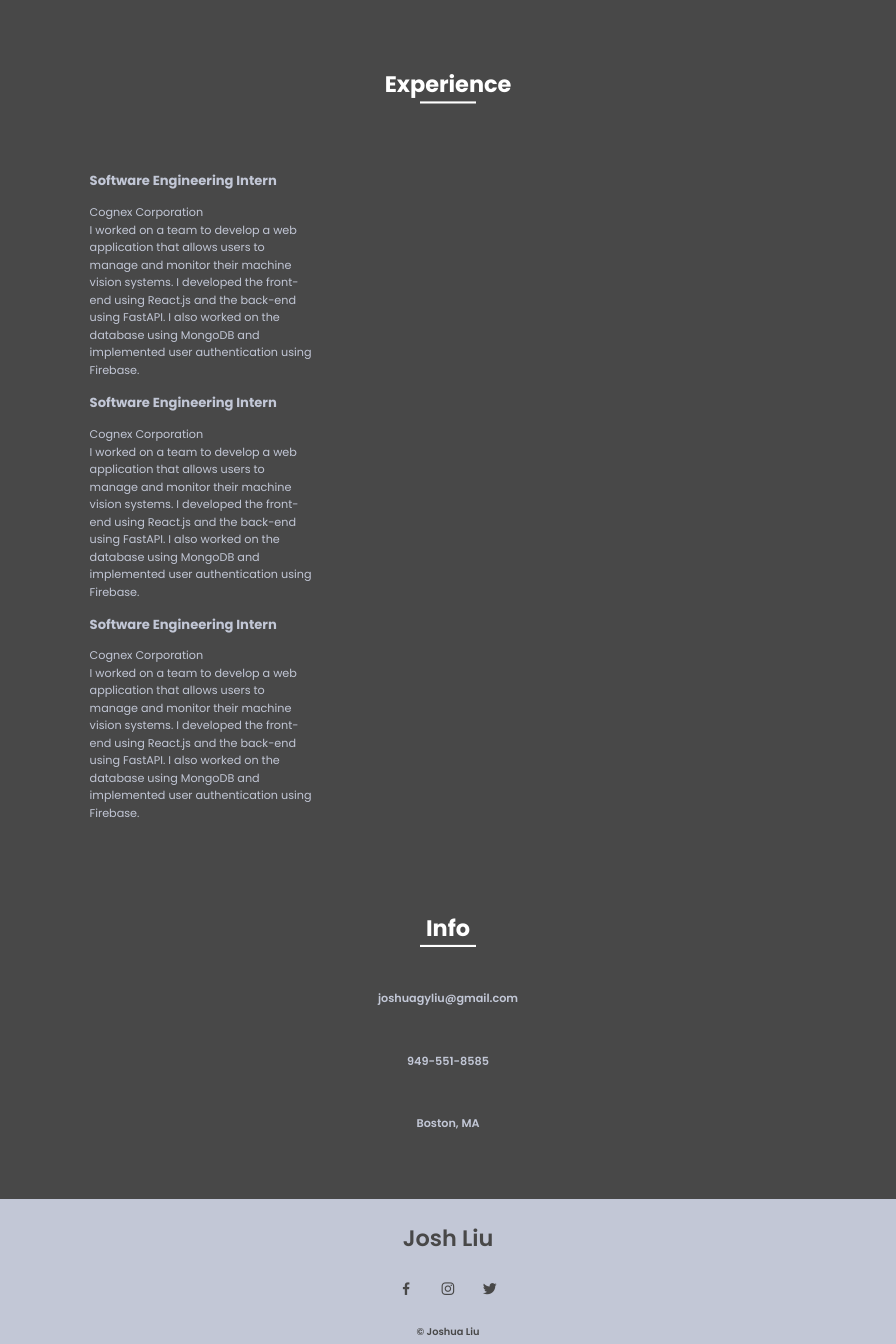
Repository: joshliu14/joshliu14.github.io
Page: index.html
The author's editor kept a copy of each file at every save. The page is drawn from the files as they stood at one save, then again after the next save.
The browser window is 1280 px wide. The pictures show the part of the page from y = 2147 to 4067 px (the page is 4092 px tall before and 3459 px after), at 70% of full size.

Above is the page before, as saved 2024-02-01 00:37:24.

### index.html
<!DOCTYPE html>
<html lang="en">
  <head>
    <meta charset="UTF-8" />
    <meta name="viewport" content="width=device-width, initial-scale=1.0" />

    <link rel="stylesheet" href="assets/css/web.css" />

    <!-- =====BOX ICONS===== -->
    <link
      href="https://unpkg.com/boxicons@2.1.4/css/boxicons.min.css"
      rel="stylesheet"
    />

    <title>Joshua Liu</title>
  </head>
  <body>
    <!--===== HEADER =====-->
    <header class="l-header">
      <nav class="nav bd-grid">
        <div>
          <a href="#" class="nav__logo">Joshua Liu</a>
        </div>

        <div class="nav__menu" id="nav-menu">
          <ul class="nav__list">
            <li class="nav__item">
              <a href="#home" class="nav__link active-link">Home</a>
            </li>
            <li class="nav__item">
              <a href="#about" class="nav__link">About</a>
            </li>
            <li class="nav__item">
              <a href="#skills" class="nav__link">Skills</a>
            </li>
            <li class="nav__item">
              <a href="#work" class="nav__link">Experience</a>
            </li>
            <li class="nav__item">
              <a href="#contact" class="nav__link">Info</a>
            </li>
          </ul>
        </div>

        <div class="nav__toggle" id="nav-toggle">
          <i class="bx bx-menu"></i>
        </div>
      </nav>
    </header>

    <main class="l-main">
      <!--===== HOME =====-->
      <section class="home bd-grid" id="home">
        <div class="home__data">
          <h1 class="home__title">
            Hi,<br />I'm <span class="home__title-color">Josh</span><br />
          </h1>

          <a href="resume.pdf" class="button">Resume</a>
        </div>

        <div class="home__social">
          <a
            href="https://www.linkedin.com/in/joshua-liu-727847208/"
            class="home__social-icon"
            ><i class="bx bxl-linkedin"></i
          ></a>
          <a href="" class="home__social-icon"
            ><i class="bx bxl-behance"></i
          ></a>
          <a href="https://github.com/joshliu14" class="home__social-icon"
            ><i class="bx bxl-github"></i
          ></a>
        </div>

        <div class="home__img">
          <svg
            class="home__blob"
            viewBox="0 0 479 467"
            xmlns="http://www.w3.org/2000/svg"
            xmlns:xlink="http://www.w3.org/1999/xlink"
          >
            <mask id="mask0" mask-type="alpha">
              <path
                d="M9.19024 145.964C34.0253 76.5814 114.865 54.7299 184.111 29.4823C245.804 6.98884 311.86 -14.9503 370.735 14.143C431.207 44.026 467.948 107.508 477.191 174.311C485.897 237.229 454.931 294.377 416.506 344.954C373.74 401.245 326.068 462.801 255.442 466.189C179.416 469.835 111.552 422.137 65.1576 361.805C17.4835 299.81 -17.1617 219.583 9.19024 145.964Z"
              />
            </mask>
            <g mask="url(#mask0)">
              <path
                d="M9.19024 145.964C34.0253 76.5814 114.865 54.7299 184.111 29.4823C245.804 6.98884 311.86 -14.9503 370.735 14.143C431.207 44.026 467.948 107.508 477.191 174.311C485.897 237.229 454.931 294.377 416.506 344.954C373.74 401.245 326.068 462.801 255.442 466.189C179.416 469.835 111.552 422.137 65.1576 361.805C17.4835 299.81 -17.1617 219.583 9.19024 145.964Z"
              />
              <image
                class="home__blob-img"
                x="30"
                y="65"
                href="assets/img/profile.png"
              />
            </g>
          </svg>
        </div>
      </section>

      <!--===== ABOUT =====-->
      <section class="about section" id="about">
        <h2 class="section-title">About</h2>

        <div class="about__container bd-grid">
          <div class="about__img">
            <img src="assets/img/about.png" alt="" />
          </div>

          <div>
            <h2 class="about__subtitle">I'm Josh</h2>
            <p class="about__text">
              I am currently a sophomore at Brandeis University pursuing a
              degree in Computer Science and Applied Mathematics. I am eager to
              contribute my programming skills to real-world scenarios, and I am
              actively seeking software engineering internship opportunities. My
              goal is to enhance my knowledge, apply theoretical concepts in
              practical settings, and contribute meaningfully to innovative
              projects.
            </p>
          </div>
        </div>
      </section>

      <!--===== SKILLS =====-->
      <section class="skills section" id="skills">
        <h2 class="section-title">Skills</h2>

        <div class="skills__container bd-grid">
          <div>
            <h2 class="skills__subtitle">Programming/Framework/Software Skills</h2>
            <p class="skills__text">
                I have experience with the following programming languages and
                frameworks. I am also familiar with software such as Git and
                Firebase. I am always eager to learn new technologies, languages,
                and frameworks to expand my skillset.
            </p>
            <div class="skills__data">
              <div class="skills__names">
                <i class="bx bxl-java skills__icon"></i>
                <span class="skills__name">JAVA</span>
              </div>
            </div>
            <div class="skills__data">
              <div class="skills__names">
                <i class="bx bxl-javascript skills__icon"></i>
                <span class="skills__name">JAVASCRIPT</span>
              </div>
            </div>
            <div class="skills__data">
              <div class="skills__names">
                <i class="bx bxl-python skills__icon"></i>
                <span class="skills__name">PYTHON</span>
              </div>
            </div>
            <div class="skills__data">
              <div class="skills__names">
                <i class="bx bxl-c-plus-plus skills__icon"></i>
                <span class="skills__name">C++</span>
              </div>
            </div>
            <div class="skills__data">
              <div class="skills__names">
                <i class="bx bxl-html5 skills__icon"></i>
                <span class="skills__name">HTML</span>
              </div>
            </div>
            <div class="skills__data">
              <div class="skills__names">
                <i class="bx bxl-css3 skills__icon"></i>
                <span class="skills__name">CSS</span>
              </div>
            </div>
            <div class="skills__data">
              <div class="skills__names">
                <i class="bx bxl-javascript skills__icon"></i>
                <span class="skills__name">JAVA</span>
              </div>
            </div>
          </div>
          <div class="skills__column2">
            <div class="skills__data">
              <div class="skills__names">
                <i class="bx bxl-react skills__icon"></i>
                <span class="skills__name">REACT.JS</span>
              </div>
            </div>
            <div class="skills__data">
              <div class="skills__names">
                <i class="bx bxl-firebase skills__icon"></i>
                <span class="skills__name">FIREBASE</span>
              </div>
            </div>
            <div class="skills__data">
              <div class="skills__names">
                <i class="bx bxl-mongodb skills__icon"></i>
                <span class="skills__name">MONGODB</span>
              </div>
            </div>
            <div class="skills__data">
              <div class="skills__names">
                <i class="bx bxs-zap skills__icon"></i>
                <span class="skills__name">FASTAPI</span>
              </div>
            </div>
            <div class="skills__data">
              <div class="skills__names">
                <i class="bx bxl-redux skills__icon"></i>
                <span class="skills__name">REDUX</span>
              </div>
            </div>
            <div class="skills__data">
              <div class="skills__names">
                <i class="bx bxl-nodejs skills__icon"></i>
                <span class="skills__name">NODE</span>
              </div>
            </div>
            <div class="skills__data">
              <div class="skills__names">
                <i class="bx bxl-git skills__icon"></i>
                <span class="skills__name">GIT</span>
              </div>
            </div>
          </div>
      </section>

      <!--===== Experience =====-->
      <section class="work section" id="work">
        <h2 class="section-title">Experience</h2>

        <div class="work__container bd-grid">
            <div class="work__content">
                <div>
                <h3 class="work__title">Software Engineering Intern</h3>
                <span class="work__subtitle">Cognex Corporation</span>
                <p class="work__description">
                    I worked on a team to develop a web application that allows
                    users to manage and monitor their machine vision systems. I
                    developed the front-end using React.js and the back-end using
                    FastAPI. I also worked on the database using MongoDB and
                    implemented user authentication using Firebase.
                </p>
                </div>
                <div>
                <h3 class="work__title">Software Engineering Intern</h3>
                <span class="work__subtitle">Cognex Corporation</span>
                <p class="work__description">
                    I worked on a team to develop a web application that allows
                    users to manage and monitor their machine vision systems. I
                    developed the front-end using React.js and the back-end using
                    FastAPI. I also worked on the database using MongoDB and
                    implemented user authentication using Firebase.
                </p>
                </div>
                <div>
                <h3 class="work__title">Software Engineering Intern</h3>
                <span class="work__subtitle">Cognex Corporation</span>
                <p class="work__description">
                    I worked on a team to develop a web application that allows
                    users to manage and monitor their machine vision systems. I
                    developed the front-end using React.js and the back-end using
                    FastAPI. I also worked on the database using MongoDB and
                    implemented user authentication using Firebase.
                </p>
                </div>
            </div>
        </div>
      </section>

      <!--===== CONTACT =====-->
      <section class="contact section" id="contact">
        <h2 class="section-title">Info</h2>
        <p class="contact__input">joshuagyliu@gmail.com</p>
        <p class="contact__input">949-551-8585</p>
        <p class="contact__input">Boston, MA</p>
      </section>
    </main>

    <!--===== FOOTER =====-->
    <footer class="footer">
      <p class="footer__title">Josh Liu</p>
      <div class="footer__social">
        <a href="https://www.facebook.com/josh.liu.9847" class="footer__icon"
          ><i class="bx bxl-facebook"></i
        ></a>
        <a href="https://www.instagram.com/joshliu_" class="footer__icon"
          ><i class="bx bxl-instagram"></i
        ></a>
        <a href="https://twitter.com/jahliu" class="footer__icon"
          ><i class="bx bxl-twitter"></i
        ></a>
      </div>
      <p class="footer__copy">&#169; Joshua Liu</p>
    </footer>

    <!--===== SCROLL REVEAL =====-->
    <script src="https://unpkg.com/scrollreveal"></script>

    <!--===== MAIN JS =====-->
    <script src="assets/js/main.js"></script>
  </body>
</html>

### assets/css/web.css
/*===== GOOGLE FONTS =====*/
@import url("https://fonts.googleapis.com/css2?family=Poppins:wght@400;600;700&display=swap");
/*===== VARIABLES CSS =====*/
:root {
  --header-height: 3rem;
  --font-semi: 600;
  /*===== Colores =====*/
  /*Purple 260 - Red 355 - Blue 224 - Pink 340*/
  /* HSL color mode */
  --hue-color: 224;
  --first-color: hsl(var(--hue-color), 0%, 100%);
  --second-color: hsl(var(--hue-color), 20%, 80%);
  /*===== Fuente y tipografia =====*/
  --body-font: "Poppins", sans-serif;
  --big-font-size: 2rem;
  --h2-font-size: 1.25rem;
  --normal-font-size: 0.938rem;
  --smaller-font-size: 0.75rem;
  /*===== Margenes =====*/
  --mb-2: 1rem;
  --mb-4: 2rem;
  --mb-5: 2.5rem;
  --mb-6: 3rem;
  /*===== z index =====*/
  --z-back: -10;
  --z-fixed: 100;
}
@media screen and (min-width: 968px) {
  :root {
    --big-font-size: 3.5rem;
    --h2-font-size: 2rem;
    --normal-font-size: 1rem;
    --smaller-font-size: 0.875rem;
  }
}

/*===== BASE =====*/
*,
::before,
::after {
  box-sizing: border-box;
}

html {
  scroll-behavior: smooth;
}

body {
  margin: var(--header-height) 0 0 0;
  font-family: var(--body-font);
  font-size: var(--normal-font-size);
  color: var(--second-color);
  background-color: #484848;
}

h1,
h2,
p {
  margin: 0;
}

ul {
  margin: 0;
  padding: 0;
  list-style: none;
}

a {
  text-decoration: none;
}

img {
  max-width: 100%;
  height: auto;
  display: block;
}

/*===== CLASS CSS ===== */
.section-title {
  position: relative;
  font-size: var(--h2-font-size);
  color: var(--first-color);
  margin-top: var(--mb-2);
  margin-bottom: var(--mb-4);
  text-align: center;
}
.section-title::after {
  position: absolute;
  content: "";
  width: 64px;
  height: 0.18rem;
  left: 0;
  right: 0;
  margin: auto;
  top: 2rem;
  background-color: var(--first-color);
}

.section {
  padding-top: 3rem;
  padding-bottom: 2rem;
}

/*===== LAYOUT =====*/
.bd-grid {
  max-width: 1024px;
  display: grid;
  margin-left: var(--mb-2);
  margin-right: var(--mb-2);
}

.l-header {
  width: 100%;
  position: fixed;
  top: 0;
  left: 0;
  z-index: var(--z-fixed);
  background-color: #484848;
  box-shadow: 0 1px 4px rgba(146, 161, 176, 0.15);
}

/*===== NAV =====*/
.nav {
  height: var(--header-height);
  display: flex;
  justify-content: space-between;
  align-items: center;
  font-weight: var(--font-semi);
}
@media screen and (max-width: 767px) {
  .nav__menu {
    position: fixed;
    top: var(--header-height);
    right: -100%;
    width: 80%;
    height: 100%;
    padding: 2rem;
    background-color: var(--second-color);
    transition: 0.5s;
  }
}
.nav__item {
  margin-bottom: var(--mb-4);
}
.nav__link {
  position: relative;
  color: #fff;
}
.nav__link:hover {
  position: relative;
}
.nav__link:hover::after {
  position: absolute;
  content: "";
  width: 100%;
  height: 0.18rem;
  left: 0;
  top: 2rem;
  background-color: var(--first-color);
}
.nav__logo {
  color: var(--second-color);
}
.nav__toggle {
  color: var(--second-color);
  font-size: 1.5rem;
  cursor: pointer;
}

/*Active menu*/
.active-link::after {
  position: absolute;
  content: "";
  width: 100%;
  height: 0.18rem;
  left: 0;
  top: 2rem;
  background-color: var(--first-color);
}

/*=== Show menu ===*/
.show {
  right: 0;
}

/*===== HOME =====*/
.home {
  position: relative;
  row-gap: 5rem;
  padding: 4rem 0 5rem;
}
.home__data {
  align-self: center;
}
.home__title {
  font-size: var(--big-font-size);
  margin-bottom: var(--mb-5);
}
.home__title-color {
  color: var(--first-color);
}
.home__social {
  display: flex;
  flex-direction: column;
}
.home__social-icon {
  width: max-content;
  margin-bottom: var(--mb-2);
  font-size: 1.5rem;
  color: var(--second-color);
}
.home__social-icon:hover {
  color: var(--first-color);
}
.home__img {
  position: absolute;
  right: 0;
  bottom: 0;
  width: 260px;
}
.home__blob {
  fill: var(--first-color);
}
.home__blob-img {
  width: 400px;
}

/*BUTTONS*/
.button {
  display: inline-block;
  background-color: var(--first-color);
  color: #000000;
  padding: 0.75rem 2.5rem;
  font-weight: var(--font-semi);
  border-radius: 0.5rem;
  transition: 0.3s;
}
.button:hover {
  box-shadow: 0px 10px 36px rgba(0, 0, 0, 0.15);
}

/* ===== ABOUT =====*/
.about__container {
  row-gap: 2rem;
  text-align: center;
}
.about__subtitle {
  margin-bottom: var(--mb-2);
}
.about__img {
  justify-self: center;
}
.about__img img {
  width: 200px;
  border-radius: 0.5rem;
}

/* ===== SKILLS =====*/
.skills__container {
  row-gap: 2rem;
  text-align: center;
}
.skills__column2 {
  margin-top: 210px;
}
.skills__subtitle {
  margin-bottom: var(--mb-2);
}
.skills__text {
  margin-bottom: var(--mb-4);
}
.skills__data {
  display: flex;
  justify-content: space-between;
  align-items: center;
  position: relative;
  font-weight: var(--font-semi);
  padding: 0.5rem 1rem;
  margin-bottom: var(--mb-4);
  border-radius: 0.5rem;
  box-shadow: 0px 4px 25px rgba(14, 36, 49, 0.15);
}
.skills__icon {
  font-size: 2rem;
  margin-right: var(--mb-2);
  color: var(--first-color);
}
.skills__names {
  display: flex;
  align-items: center;
}
.skills__bar {
  position: absolute;
  left: 0;
  bottom: 0;
  background-color: var(--first-color);
  height: 0.25rem;
  border-radius: 0.5rem;
  z-index: var(--z-back);
}
.skills__html {
  width: 95%;
}
.skills__css {
  width: 85%;
}
.skills__js {
  width: 65%;
}
.skills__ux {
  width: 85%;
}
.skills__img {
  border-radius: 0.5rem;
}

/* ===== WORK =====*/
.work__container {
  row-gap: 2rem;
}
.work__img {
  box-shadow: 0px 4px 25px rgba(14, 36, 49, 0.15);
  border-radius: 0.5rem;
  overflow: hidden;
}
.work__img img {
  transition: 1s;
}
.work__img img:hover {
  transform: scale(1.1);
}

/* ===== CONTACT =====*/
.contact__input {
  text-align: center;
  font-size: var(--normal-font-size);
  font-weight: var(--font-semi);
  padding: 1rem;
  margin-bottom: var(--mb-4);
}

/* ===== FOOTER =====*/
.footer {
  background-color: var(--second-color);
  color: #484848;
  text-align: center;
  font-weight: var(--font-semi);
  padding: 2rem 0;
}
.footer__title {
  font-size: 2rem;
  margin-bottom: var(--mb-4);
}
.footer__social {
  margin-bottom: var(--mb-4);
}
.footer__icon {
  font-size: 1.5rem;
  color: #484848;
  margin: 0 var(--mb-2);
}
.footer__copy {
  font-size: var(--smaller-font-size);
}

/* ===== MEDIA QUERIES=====*/
@media screen and (max-width: 320px) {
  .home {
    row-gap: 2rem;
  }
  .home__img {
    width: 200px;
  }
}
@media screen and (min-width: 576px) {
  .home {
    padding: 4rem 0 2rem;
  }
  .home__social {
    padding-top: 0;
    padding-bottom: 2.5rem;
    flex-direction: row;
    align-self: flex-end;
  }
  .home__social-icon {
    margin-bottom: 0;
    margin-right: var(--mb-4);
  }
  .home__img {
    width: 300px;
    bottom: 25%;
  }
  .about__container {
    grid-template-columns: repeat(2, 1fr);
    align-items: center;
    text-align: initial;
  }
  .skills__container {
    grid-template-columns: 0.7fr;
    justify-content: center;
    column-gap: 1rem;
  }
  .work__container {
    grid-template-columns: repeat(2, 1fr);
    column-gap: 2rem;
    padding-top: 2rem;
  }
}
@media screen and (min-width: 768px) {
  body {
    margin: 0;
  }
  .section {
    padding-top: 4rem;
    padding-bottom: 3rem;
  }
  .section-title {
    margin-bottom: var(--mb-6);
  }
  .section-title::after {
    width: 80px;
    top: 3rem;
  }
  .nav {
    height: calc(var(--header-height) + 1.5rem);
  }
  .nav__list {
    display: flex;
    padding-top: 0;
  }
  .nav__item {
    margin-left: var(--mb-6);
    margin-bottom: 0;
  }
  .nav__toggle {
    display: none;
  }
  .nav__link {
    color: var(--second-color);
  }
  .home {
    padding: 8rem 0 2rem;
  }
  .home__img {
    width: 400px;
    bottom: 10%;
  }
  .about__container {
    padding-top: 2rem;
  }
  .about__img img {
    width: 300px;
  }
  .skills__container {
    grid-template-columns: repeat(2, 1fr);
    column-gap: 2rem;
    align-items: center;
    text-align: initial;
  }
  .work__container {
    grid-template-columns: repeat(3, 1fr);
    column-gap: 2rem;
  }
}
@media screen and (min-width: 992px) {
  .bd-grid {
    margin-left: auto;
    margin-right: auto;
  }
  .home {
    padding: 10rem 0 2rem;
  }
  .home__img {
    width: 450px;
  }
}

### assets/js/main.js
/*===== MENU SHOW =====*/
const showMenu = (toggleId, navId) => {
  const toggle = document.getElementById(toggleId),
    nav = document.getElementById(navId);

  if (toggle && nav) {
    toggle.addEventListener("click", () => {
      nav.classList.toggle("show");
    });
  }
};
showMenu("nav-toggle", "nav-menu");

/*==================== REMOVE MENU MOBILE ====================*/
const navLink = document.querySelectorAll(".nav__link");

function linkAction() {
  const navMenu = document.getElementById("nav-menu");
  // When we click on each nav__link, we remove the show-menu class
  navMenu.classList.remove("show");
}
navLink.forEach((n) => n.addEventListener("click", linkAction));

/*==================== SCROLL SECTIONS ACTIVE LINK ====================*/
const sections = document.querySelectorAll("section[id]");

const scrollActive = () => {
  const scrollDown = window.scrollY;

  sections.forEach((current) => {
    const sectionHeight = current.offsetHeight,
      sectionTop = current.offsetTop - 58,
      sectionId = current.getAttribute("id"),
      sectionsClass = document.querySelector(
        ".nav__menu a[href*=" + sectionId + "]"
      );

    if (scrollDown > sectionTop && scrollDown <= sectionTop + sectionHeight) {
      sectionsClass.classList.add("active-link");
    } else {
      sectionsClass.classList.remove("active-link");
    }
  });
};
window.addEventListener("scroll", scrollActive);

/*===== SCROLL REVEAL ANIMATION =====*/
const sr = ScrollReveal({
  origin: "top",
  distance: "60px",
  duration: 2000,
  delay: 200,
  //     reset: true
});

sr.reveal(".home__data, .about__img, .skills__subtitle, .skills__text", {});
sr.reveal(".home__img, .about__subtitle, .about__text, .skills__img", {
  delay: 400,
});
sr.reveal(".home__social-icon", { interval: 200 });
sr.reveal(".skills__data, .work__img, .contact__input", { interval: 200 });

After the next save:
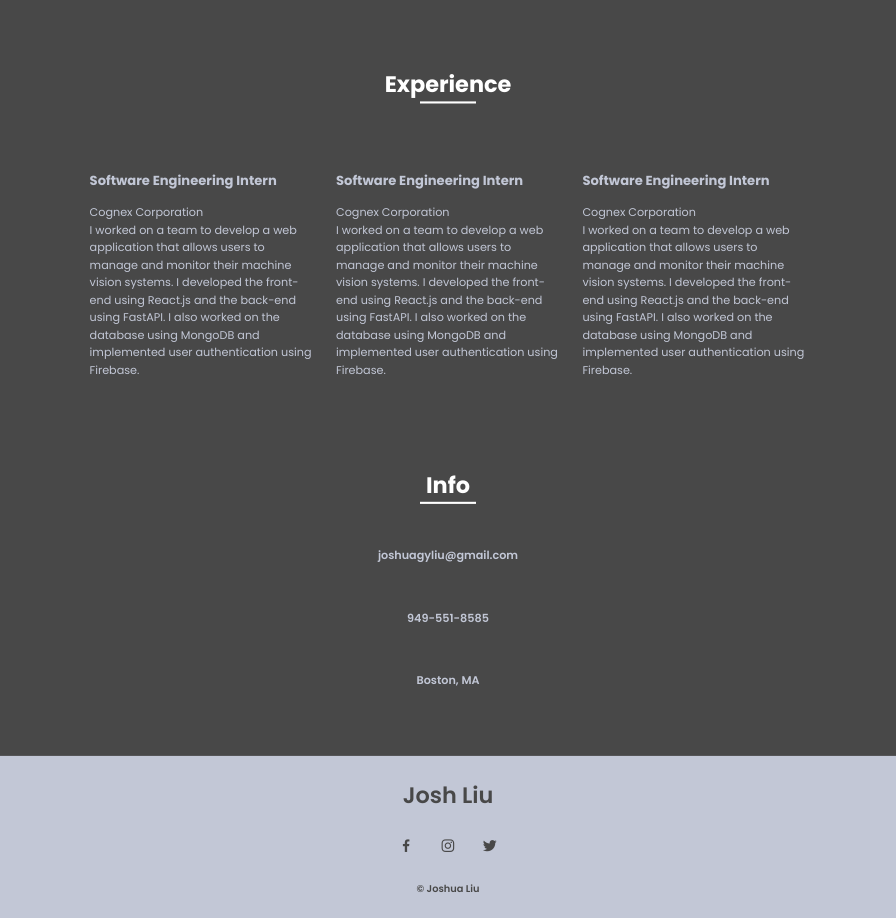
Saved 17 s later.
--- a/index.html
+++ b/index.html
@@ -231,7 +231,6 @@
         <h2 class="section-title">Experience</h2>
 
         <div class="work__container bd-grid">
-            <div class="work__content">
                 <div>
                 <h3 class="work__title">Software Engineering Intern</h3>
                 <span class="work__subtitle">Cognex Corporation</span>
@@ -264,7 +263,6 @@
                     FastAPI. I also worked on the database using MongoDB and
                     implemented user authentication using Firebase.
                 </p>
-                </div>
             </div>
         </div>
       </section>
